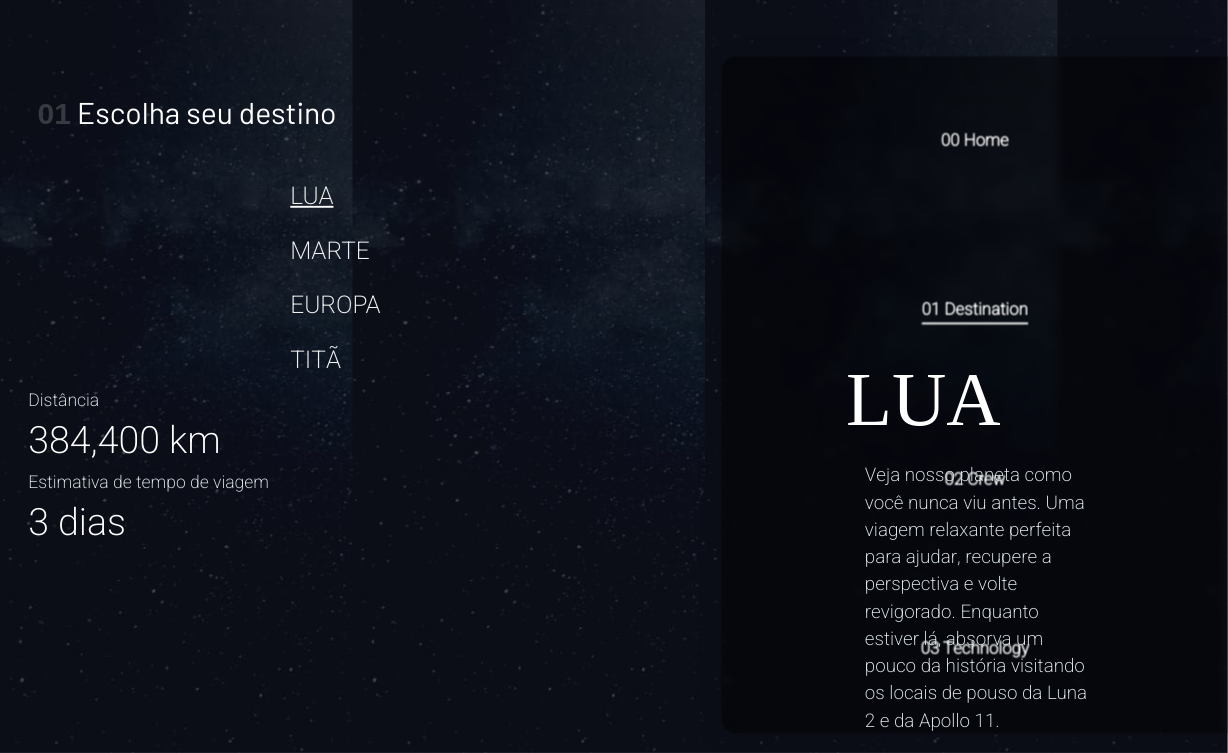
Repository: Leonngc/space-site
Page: space-tourism-website-main/space-tourism-website-main/starter-code/destination-moon.html
An editor plug-in stored every save of this project. The page is shown before and after the next save, followed by the edit.
The browser window is 768 px wide. The page is 1306 px wide, so the pictures cover 1306 px, including what lies to the right of the window. The pictures show the whole page, at 94% of full size.
Some icons come from a web library that is not loaded, so they are not drawn.

Above is the page before, as saved 2023-04-30 01:37:02.

After the next save:
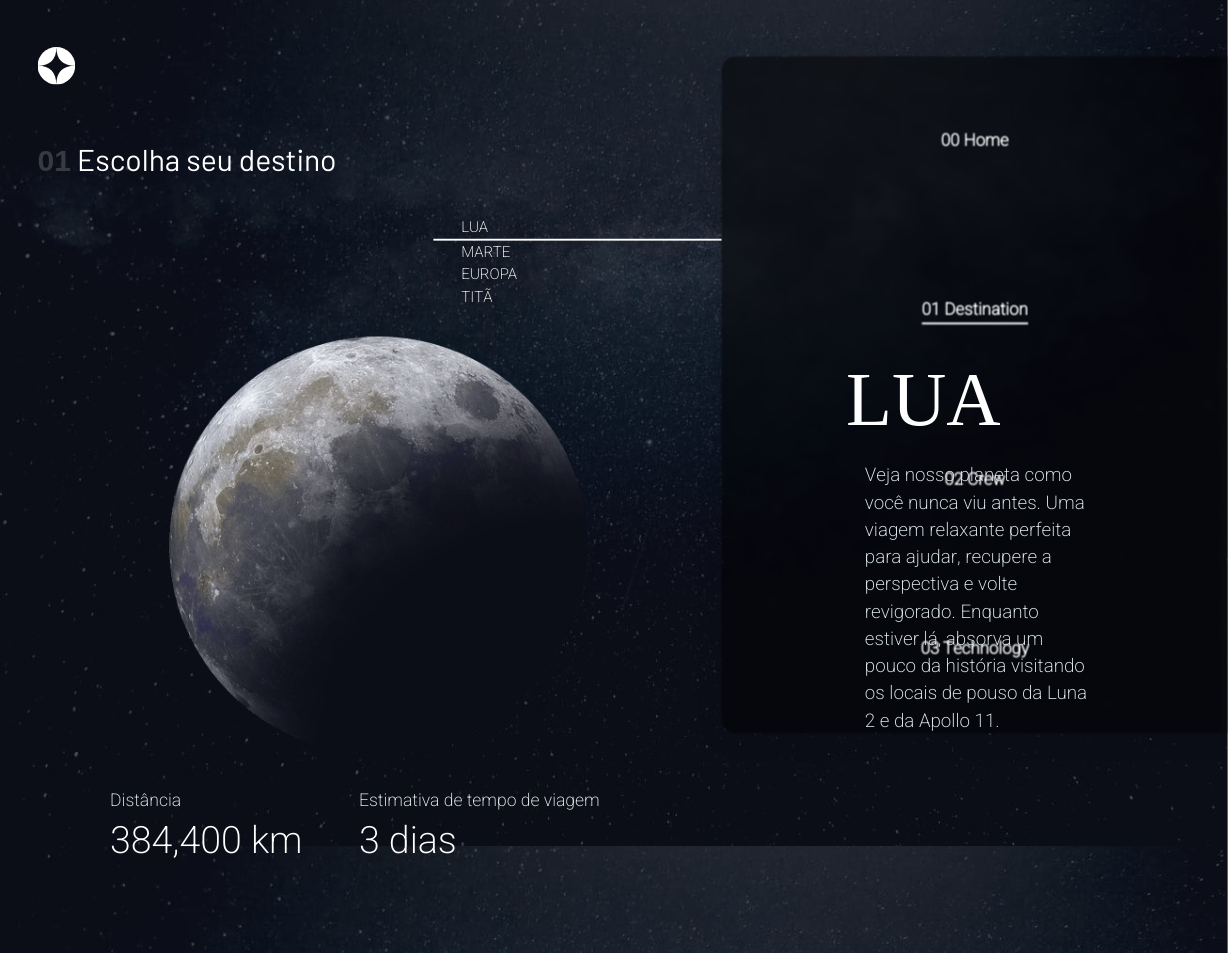
Saved 15 s later.
--- a/space-tourism-website-main/space-tourism-website-main/starter-code/styles/destination.css
+++ b/space-tourism-website-main/space-tourism-website-main/starter-code/styles/destination.css
@@ -106,37 +106,3 @@ strong{
     font-size: 40px;
     font-weight: lighter;
 }
-
-@media screen and (max-width: 990px){
-    body{
-        background-image: url(../assets/destination/background-destination-mobile.jpg);
-    }
-
-    main{
-        width: 80vw;
-    }
-
-    .nav-travel{
-        width: 10vw;
-    }
-
-    .nav-travel{
-        float: none;
-        margin: auto;
-        font-size: 26px;
-    }
-    .nav-travel li{
-        border-bottom: none;
-        padding: 10px;
-    }
-
-    .nav-travel > .page-active{
-        text-decoration: underline;
-    }
-
-    img{
-        display: none;
-    }
-
-
-}

After the save that followed:
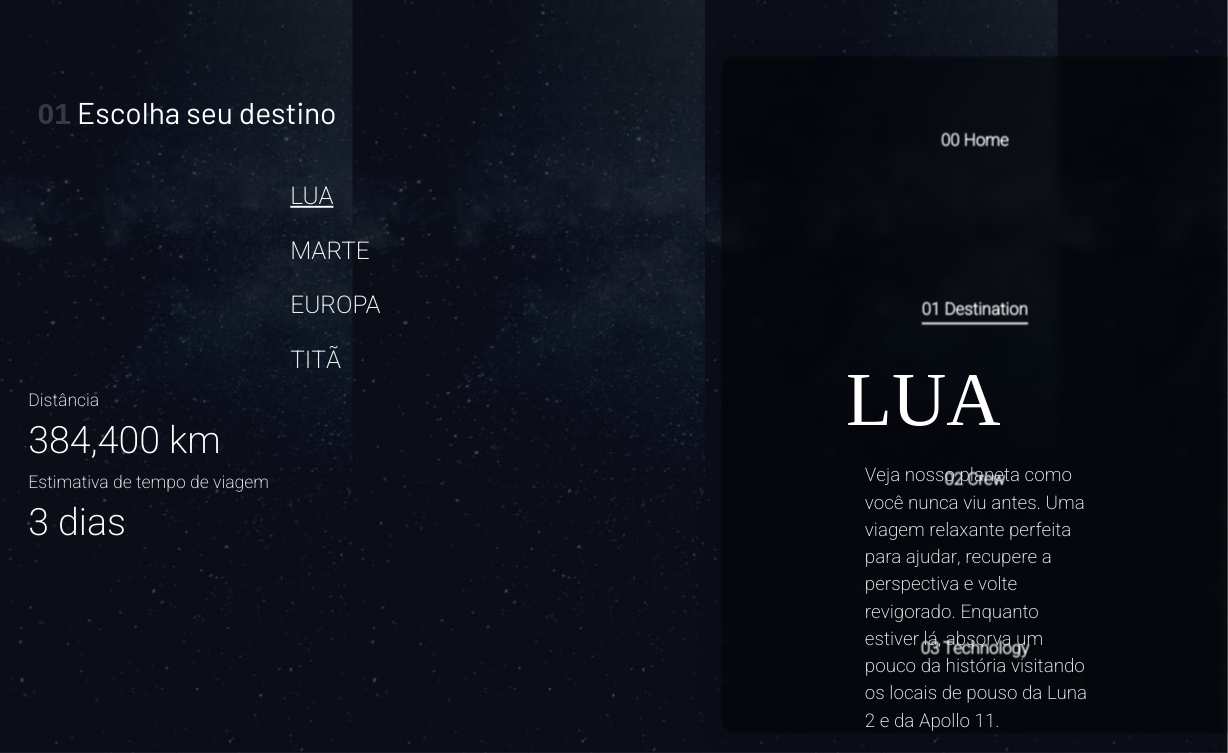
Saved 5 s later.
--- a/space-tourism-website-main/space-tourism-website-main/starter-code/styles/destination.css
+++ b/space-tourism-website-main/space-tourism-website-main/starter-code/styles/destination.css
@@ -106,3 +106,37 @@ strong{
     font-size: 40px;
     font-weight: lighter;
 }
+
+@media screen and (max-width: 990px){
+    body{
+        background-image: url(../assets/destination/background-destination-mobile.jpg);
+    }
+
+    main{
+        width: 80vw;
+    }
+
+    .nav-travel{
+        width: 10vw;
+    }
+
+    .nav-travel{
+        float: none;
+        margin: auto;
+        font-size: 26px;
+    }
+    .nav-travel li{
+        border-bottom: none;
+        padding: 10px;
+    }
+
+    .nav-travel > .page-active{
+        text-decoration: underline;
+    }
+
+    img{
+        display: none;
+    }
+
+
+}
